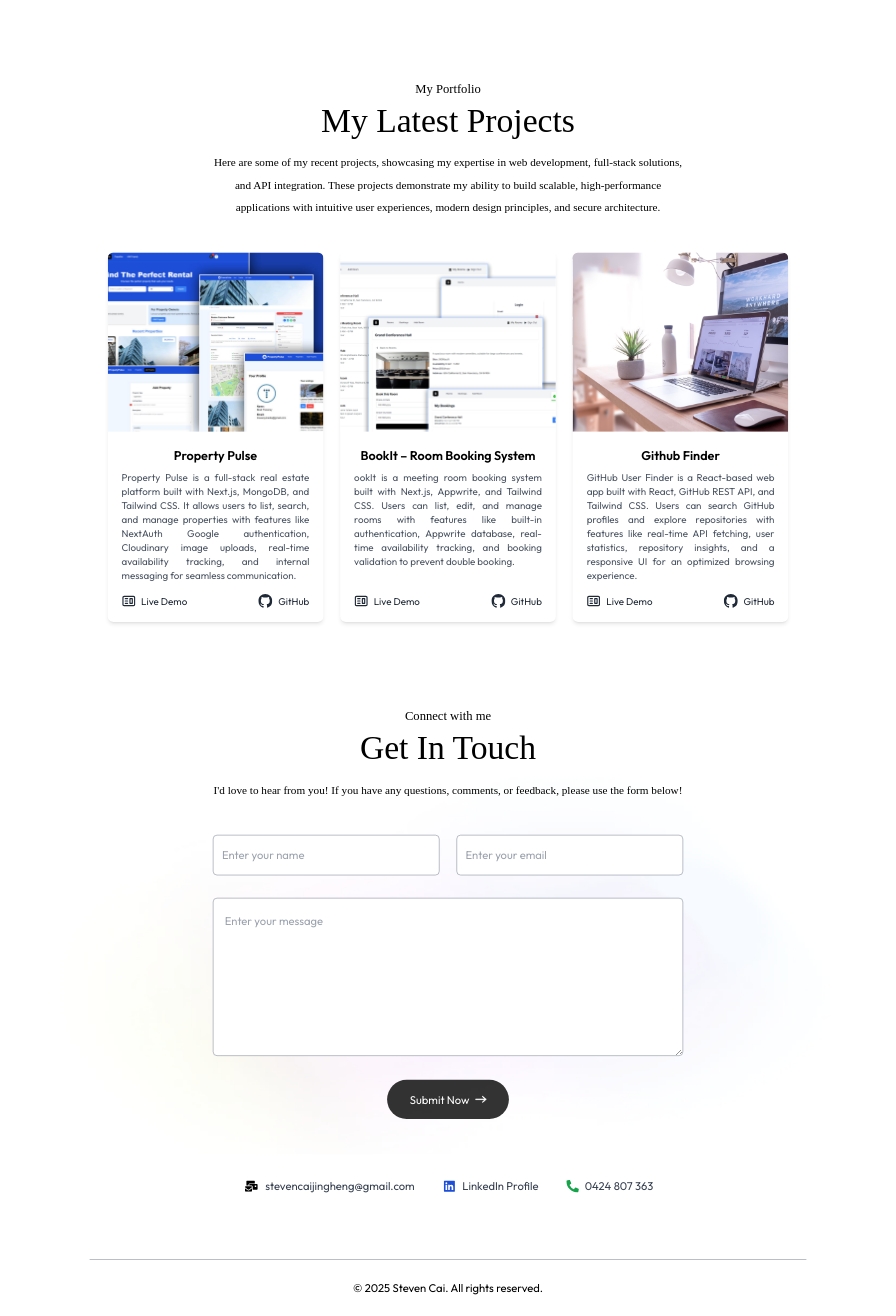
Repository: Steven4cai/profolio
Page: /
These files come from the project's save history. The page is drawn as it stood at one moment and after the next save; the edit follows.
The browser window is 1280 px wide. The pictures show the part of the page from y = 2281 to 4201 px (the page is 4161 px tall before and 4201 px after), at 70% of full size.
Some web fonts or font styles are not loaded; a fallback is used. The project was rebuilt for these pictures with package versions that can differ from the ones it lists, and the page was loaded fresh each time. The framework's server and built-in components were replaced by stand-ins that run in the browser. Also part of the build but not shown: next.config.mjs.

Above is the page before, as saved 2025-02-09 14:38:30.

After the next save:
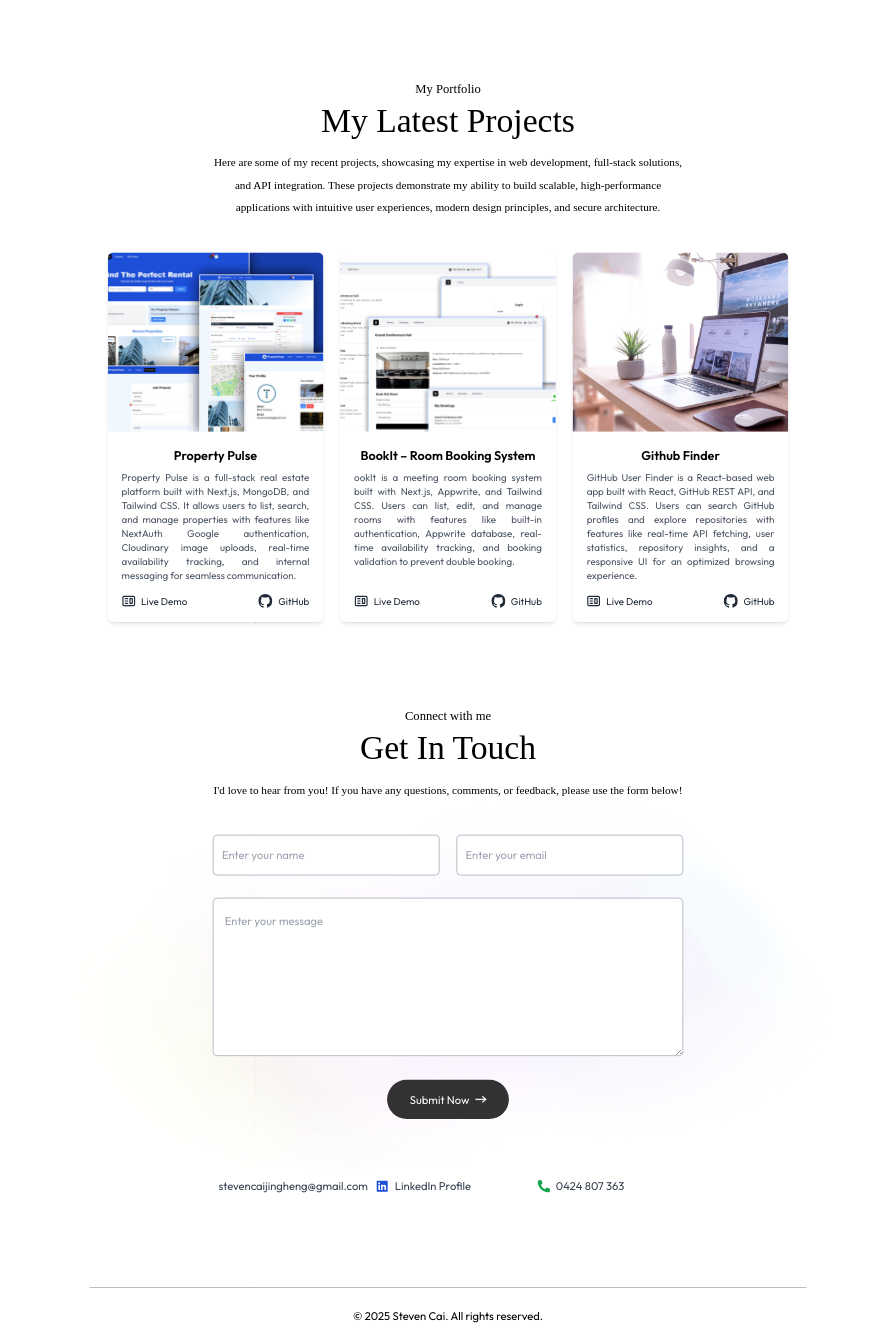
Saved 11 s later.
--- a/components/Contact.jsx
+++ b/components/Contact.jsx
@@ -67,7 +67,7 @@ const Contact = () => {
 
             <p className='mt-4'>{result}</p>
             <div className='mt-20'>
-            <div className='flex justify-center gap-10 items-center text-center'>
+            <div className='grid grid-cols-1 sm:grid-cols-2 md:grid-cols-3 gap-6 my-10'>
       <Link href="mailto:stevencaijingheng@gmail.com">
         <div className='flex items-center gap-2'>
           <FaMailBulk className='w-6' />
